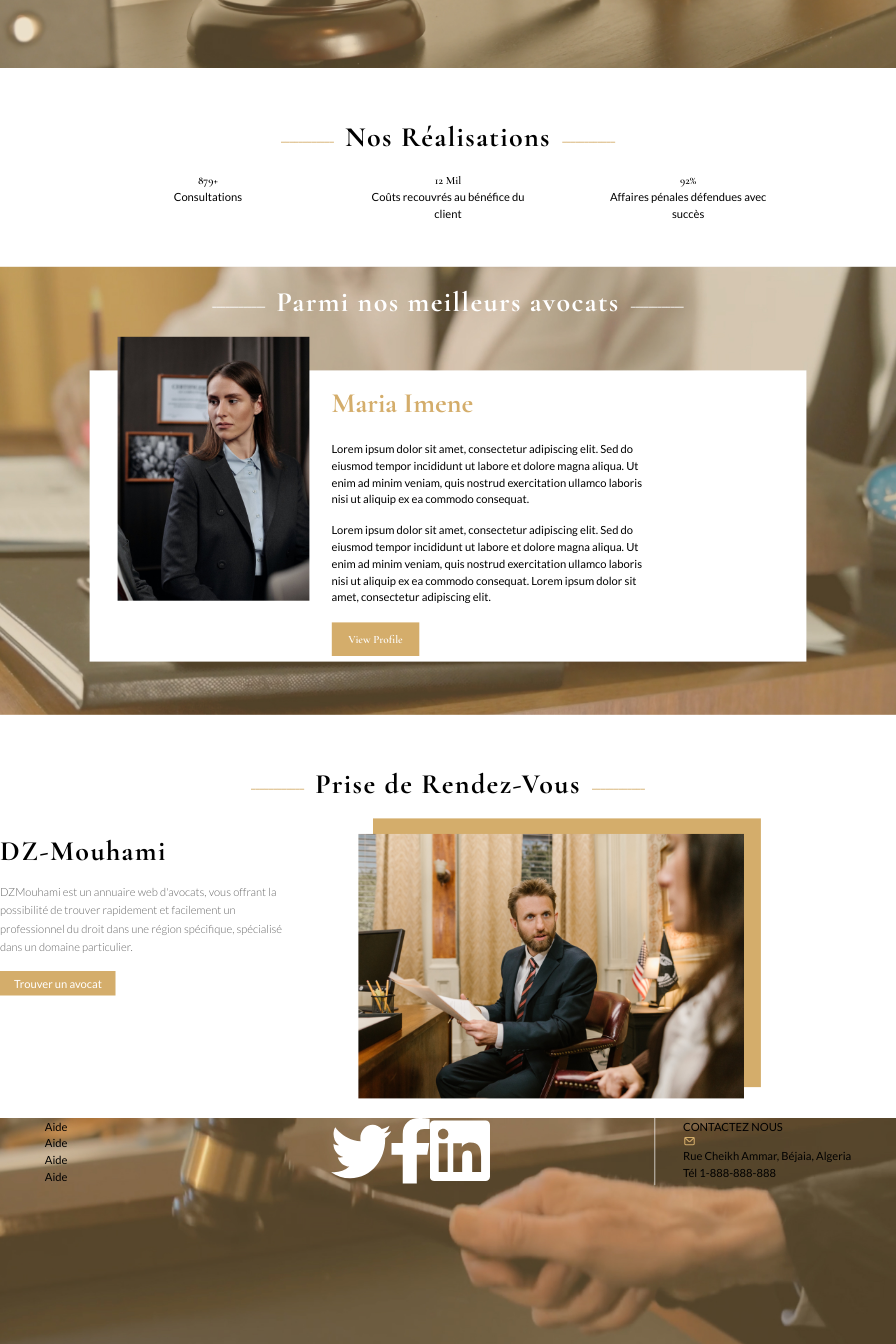
Repository: Chekrouba-Tinhinane/Mohami_dz
Page: / (app in client/)
An editor plug-in stored every save of this project. The page is shown before and after a run of saves, followed by the edit.
The browser window is 1280 px wide. The pictures show the part of the page from y = 2003 to 3923 px (the page is 4018 px tall before and 4026 px after), at 70% of full size.
The project was rebuilt for these pictures with package versions that can differ from the ones it lists, and the page was loaded fresh each time. Also part of the build but not shown: client/vite.config.js, client/src/SignIn.jsx, client/src/components/Selector.jsx, client/src/components/SearchContainer.jsx, client/src/Search.jsx, client/src/components/super/HomeLayout.jsx, client/src/components/Profile.jsx.

Above is the page before, as saved 2024-01-25 12:20:43.

After the next 3 saves:
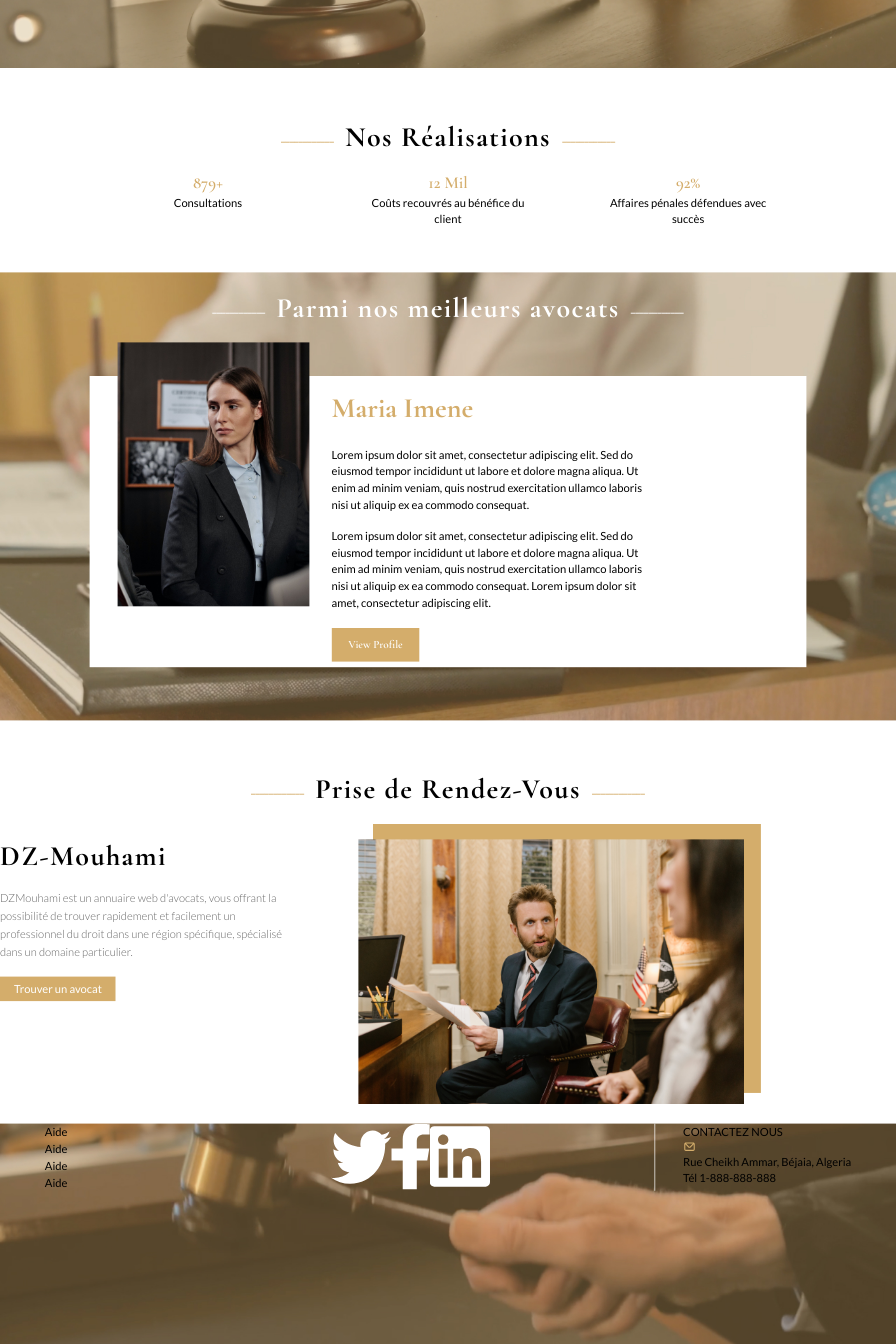
The 3 saves are shown as one change because they came seconds apart.
The last was saved 11 s later.
--- a/client/src/LandingPage.jsx
+++ b/client/src/LandingPage.jsx
@@ -178,19 +178,19 @@ function Achievements() {
       <div className="flex w-full justify-between ">
         <div className="flex flex-col items-center basis-[33%]">
           {" "}
-          <h4 className=" recursive ">879+</h4>{" "}
+          <h4 className=" recursive text-primary text-2xl">879+</h4>{" "}
           <span className=" w-[70%] text-center">Consultations</span>
         </div>
         <div className="flex flex-col items-center basis-[33%]">
           {" "}
-          <h4 className=" recursive ">12 Mil</h4>{" "}
+          <h4 className=" recursive text-primary text-2xl">12 Mil</h4>{" "}
           <span className=" w-[70%] text-center">
             Coûts recouvrés au bénéfice du client
           </span>
         </div>
         <div className="flex flex-col items-center basis-[33%]">
           {" "}
-          <h4 className=" recursive ">92%</h4>{" "}
+          <h4 className=" recursive text-primary text-2xl">92%</h4>{" "}
           <span className=" w-[70%] text-center">
             Affaires pénales défendues avec succès
           </span>
